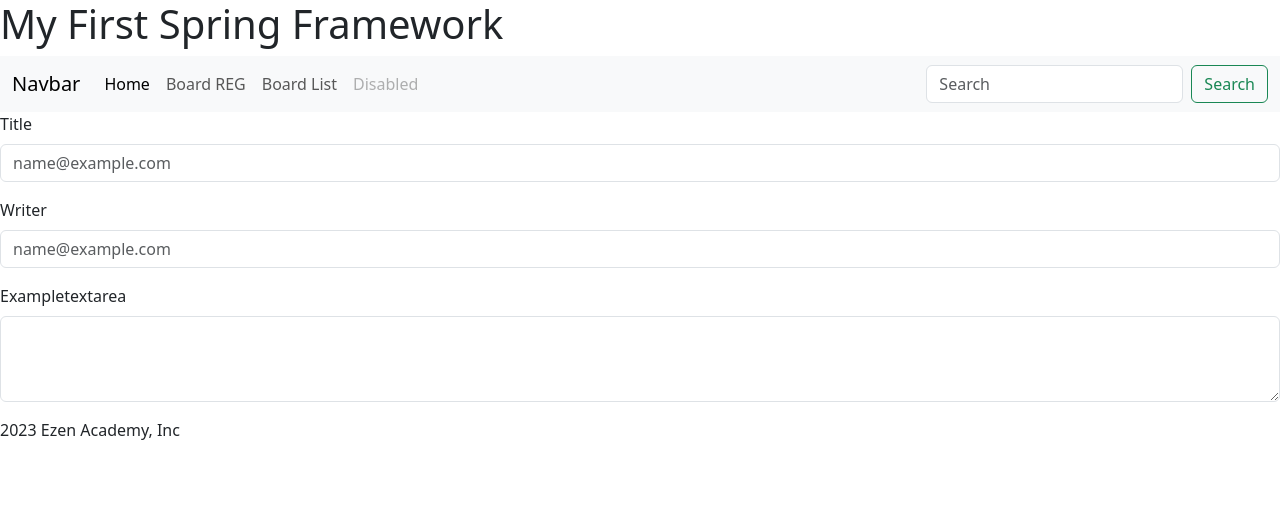
Repository: dfhdfhdfsza/springFinal
Page: http://localhost/springFinal/WEB-INF/views/board/register.jsp
An editor plug-in stored every save of this project. The page is shown before and after the next save, followed by the edit.
The browser window is 1280 px wide. The pictures show the whole page.
The page is served by Tomcat 9. Nobody is signed in. The template is opened directly, without the code that normally fills it, so the values that code supplies are empty.

Above is the page before, as saved 2023-10-18 08:17:32.

After the next save:
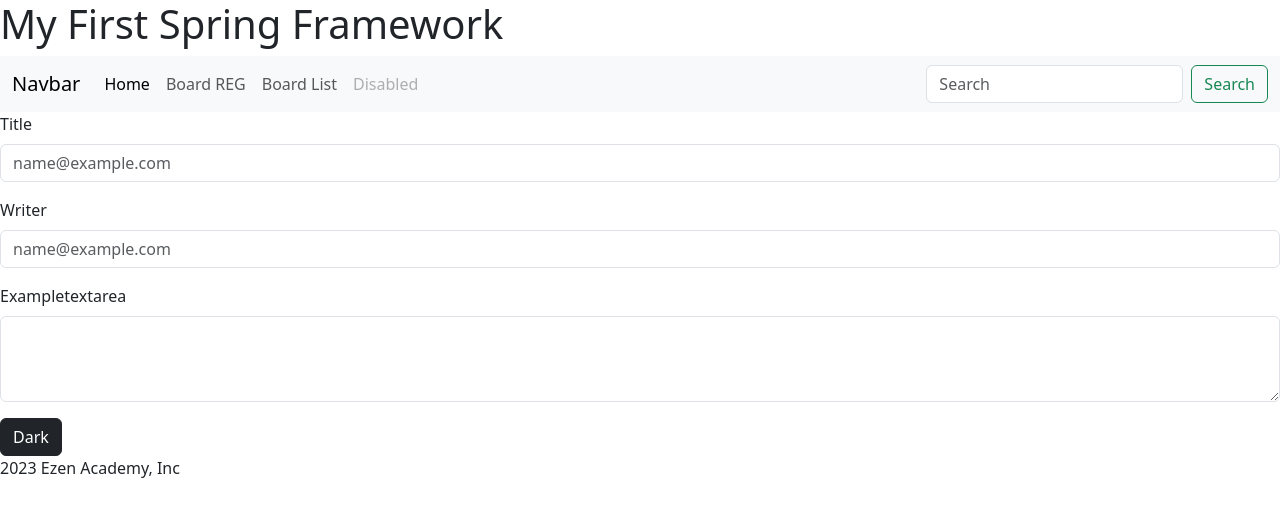
Saved 88 s later.
--- a/springFinal/src/main/webapp/WEB-INF/views/board/register.jsp
+++ b/springFinal/src/main/webapp/WEB-INF/views/board/register.jsp
@@ -28,6 +28,7 @@
 			<textarea class="form-control" id="exampleFormControlTextarea1"
 				rows="3" name="content"></textarea>
 		</div>
+		<button type="submit" class="btn btn-dark">Dark</button>
 	</form>
 <jsp:include page="../common/footer.jsp"></jsp:include>
 
